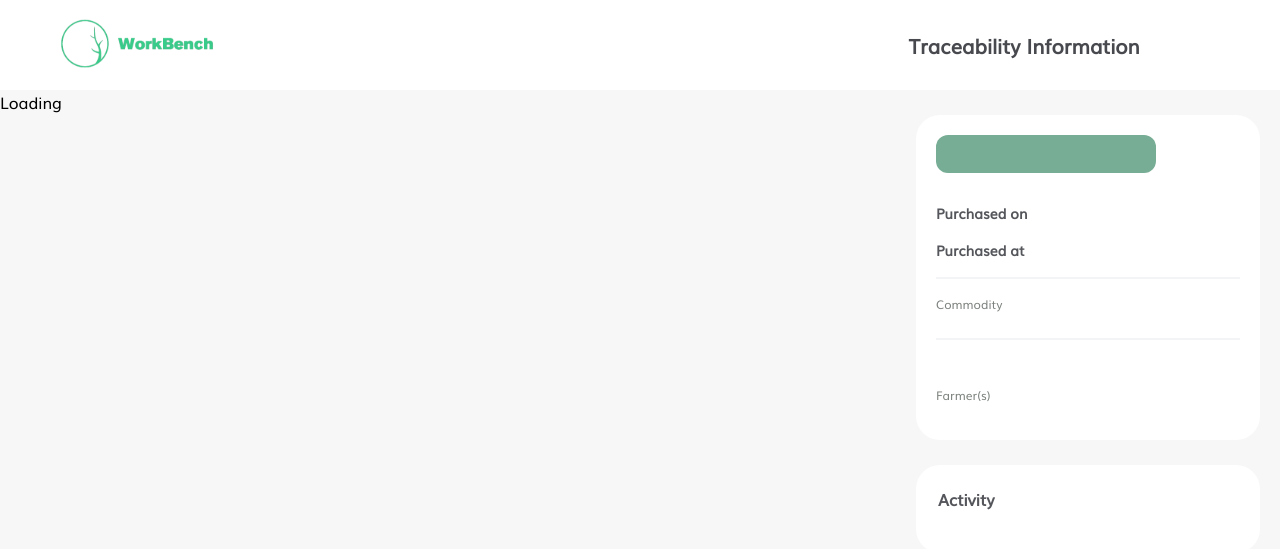
Repository: Hamezry/Traceability-Page
Page: /
The author's editor kept a copy of each file at every save. The page is drawn from the files as they stood at one save, then again after the next save.
The browser window is 1280 px wide. The pictures show the whole page.
The page's requests for data from a server got no answer. The project was rebuilt for these pictures with package versions that can differ from the ones it lists, and the page was loaded fresh each time. No one was signed in, and anything a server would have sent is missing.

Above is the page before, as saved 2022-09-20 15:46:21.

After the next save:
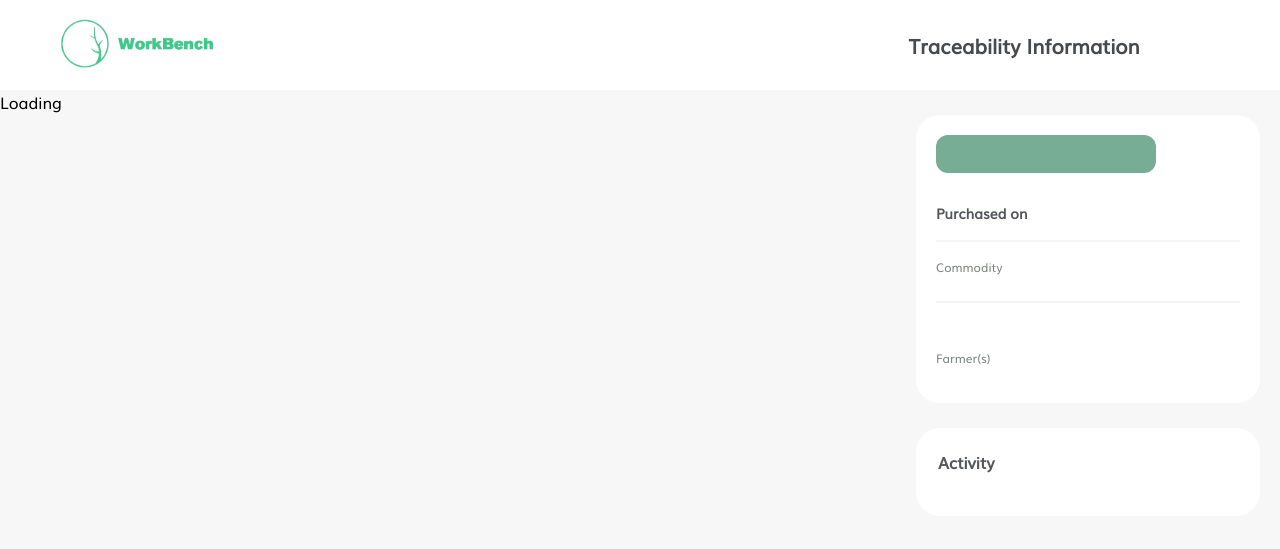
Saved 2 days later.
--- a/src/components/Information.js
+++ b/src/components/Information.js
@@ -6,7 +6,7 @@ import { useLocation } from 'react-router-dom'
 
 
 
-function Information({setLat, setLong}) {
+function Information({ setLat, setLong }) {
 
     const [list, setList] = useState([])
     const search = useLocation().search;
@@ -36,7 +36,15 @@ function Information({setLat, setLong}) {
                     <div className='mb-4 border-b-2 border-b-gray-100 '>
                         <div className='bg-[#76AD94] text-white text-center py-2 font-semibold text-[16px] max-w-[220px] h-[38px] mb-[30px] rounded-xl'> <p>{list.qr_code}</p></div>
                         <p className='text-[#54565B] text-[14px] mb-4 font-semibold'>Purchased on <span className='font-normal'>{list.purchased_on}</span></p>
-                        <p className=' text-[#54565B] text-[14px] mb-4 font-semibold'>Purchased at <span className='font-normal'>{list.purchased_at}</span></p>
+                        {
+                            list?.purchased_at?.data((item) => {
+                                return (
+                                    <p className=' text-[#54565B] text-[14px] mb-4 font-semibold'>Purchased at <span className='font-normal'>{item.warehouse__name}</span></p>
+
+
+                                )
+                            })
+                        }
 
                     </div>
 
